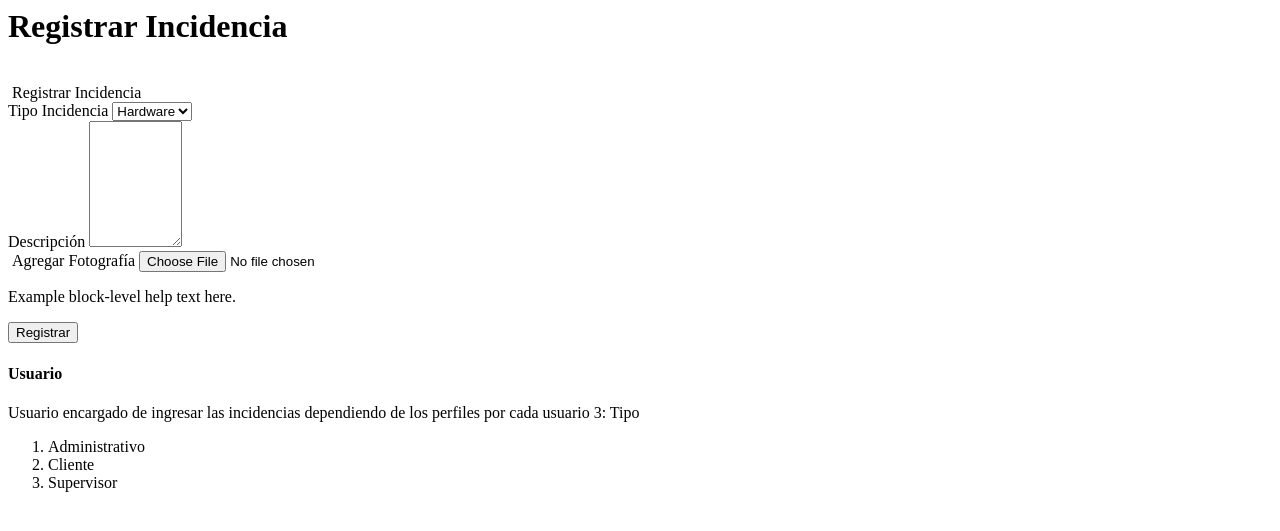
Repository: androla10/ProyectoCibert5to
Page: http://localhost/GDI/Incidencia/RegistrarIncidencia.jsp
The author's editor kept a copy of each file at every save. The page is drawn from the files as they stood at one save, then again after a run of saves.
The browser window is 1280 px wide. The pictures show the whole page.
The page is served by Tomcat 9. Nobody is signed in. The application's start-up code is not run. Other server files are loaded and not shown.

Above is the page before, as saved 2016-05-10 22:00:35.

### GDI/src/main/webapp/Incidencia/RegistrarIncidencia.jsp
<div class="container-fluid">
	<h1 class="text-center">Registrar Incidencia</h1>
	<br>
	<div class="panel-primary">
		<div class="panel-heading">
			<i class="fa fa-user fa-1x"></i>&nbsp;Registrar Incidencia
		</div>
		<div class="panel-body">
			<form action="" id="formRegistroIncidencia">
				<div class="row">
					<div class="col-xs-12 col-sm-12 col-md-6 col-lg-6">
						<div class="form-group">
							<label for="tipoIncidencia">Tipo Incidencia</label> <select
								class="form-control" name="incidencia.TipoIncidencia"
								id="tipoIncidencia">
								<option value="1">Hardware</option>
								<option value="2">Software</option>
							</select>
						</div>
						<div class="form-group">
							<label for="descripcion">Descripción</label>
							<textarea type="text" class="form-control"
								name="usuario.apellido" id="descripcion" rows="8" cols="9"></textarea>
						</div>
						<div class="form-group">
							<label for="archivo"><i class="fa fa-file-image-o fa-1x"></i>&nbsp;Agregar Fotografía</label>
							<input type="file" name="incidencia.archivo" id="archivo "/>
							<p class="help-block">Example block-level help text here.</p>
						</div>
						<button type="submit" class="btn btn-primary">Registrar</button>
					</div>
					<div class="col-xs-12 col-sm-12 col-sm-6 col-lg-6">
						<h4>Usuario</h4>
						<p>Usuario encargado de ingresar las incidencias dependiendo
							de los perfiles por cada usuario 3: Tipo
						<ol>
							<li>Administrativo</li>
							<li>Cliente</li>
							<li>Supervisor</li>
						</ol>
						</p>
					</div>
				</div>
			</form>
		</div>
	</div>
</div>

After the next 2 saves:
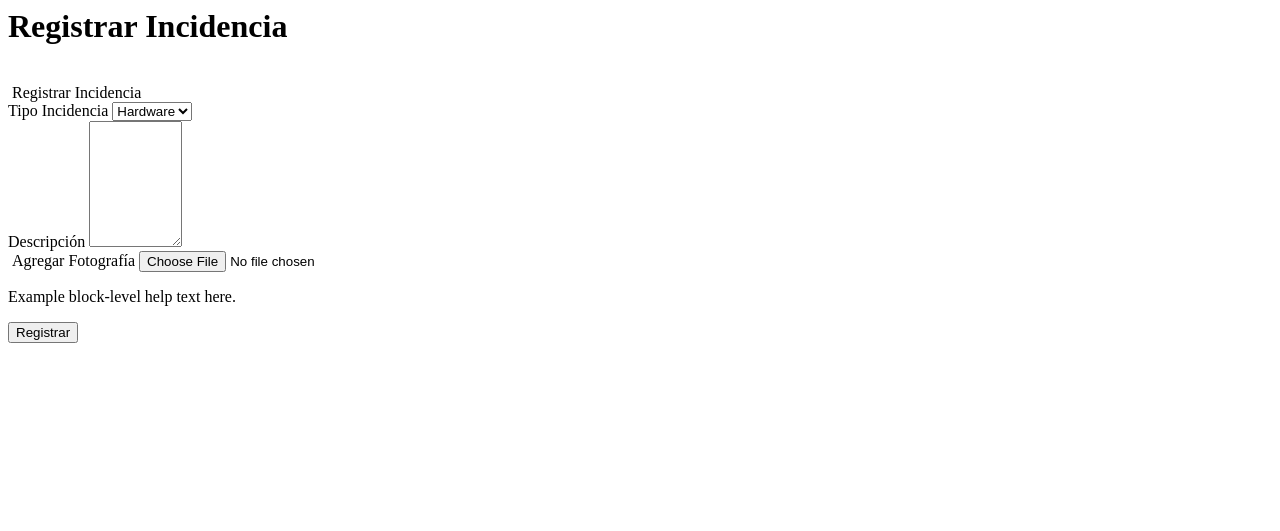
The 2 saves are shown as one change because they came seconds apart.
The last was saved 63 s later.
--- a/GDI/src/main/webapp/Incidencia/RegistrarIncidencia.jsp
+++ b/GDI/src/main/webapp/Incidencia/RegistrarIncidencia.jsp
@@ -30,15 +30,6 @@
 						<button type="submit" class="btn btn-primary">Registrar</button>
 					</div>
 					<div class="col-xs-12 col-sm-12 col-sm-6 col-lg-6">
-						<h4>Usuario</h4>
-						<p>Usuario encargado de ingresar las incidencias dependiendo
-							de los perfiles por cada usuario 3: Tipo
-						<ol>
-							<li>Administrativo</li>
-							<li>Cliente</li>
-							<li>Supervisor</li>
-						</ol>
-						</p>
 					</div>
 				</div>
 			</form>
